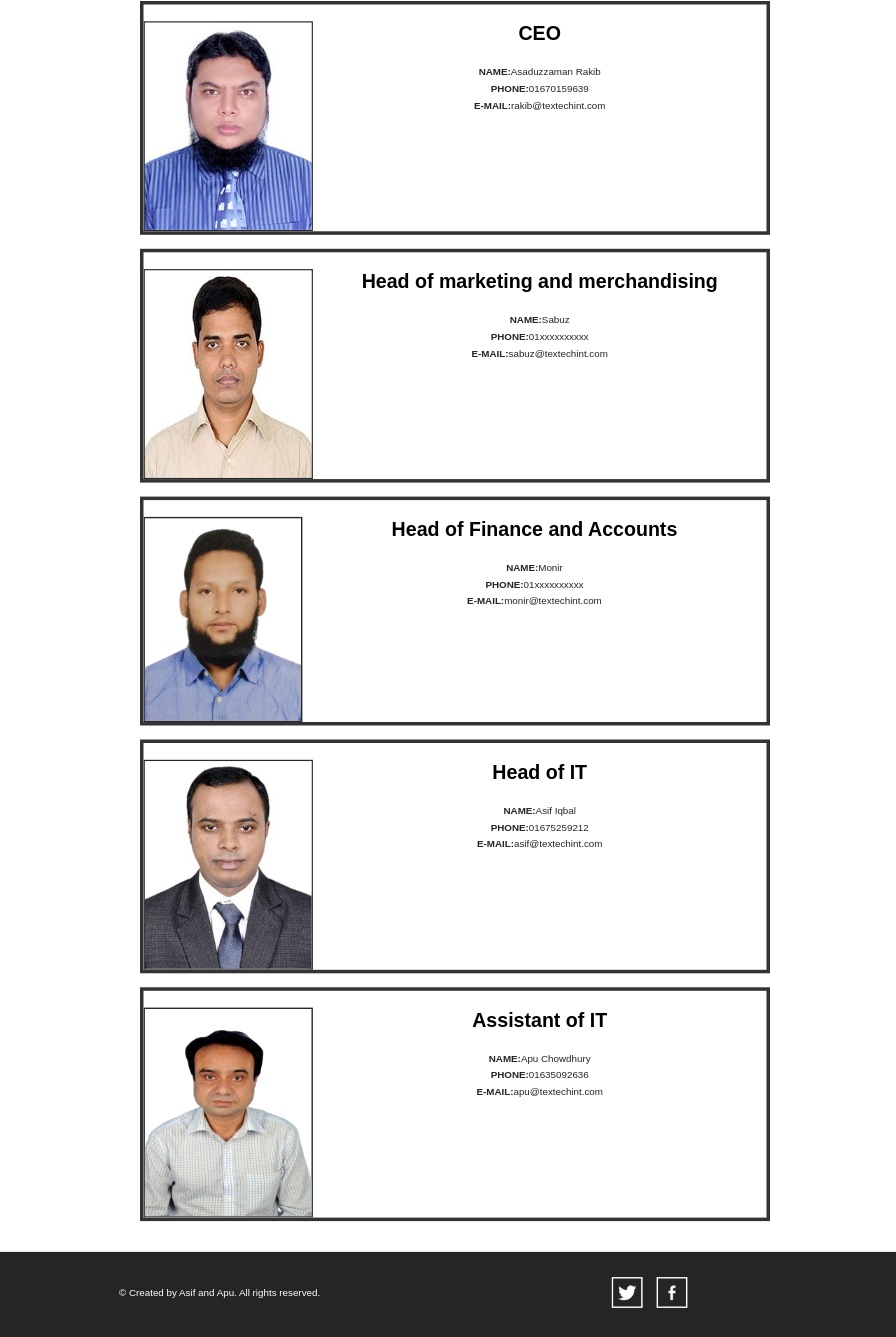
Repository: asifdotpy/textechint
Page: index.html
The author's editor kept a copy of each file at every save. The page is drawn from the files as they stood at one save, then again after a run of saves.
The browser window is 1280 px wide. The pictures show the part of the page from y = 1469 to 3389 px (the page is 3379 px tall before and 3389 px after), at 70% of full size.

Above is the page before, as saved 2021-02-23 01:37:07.

After the next 2 saves:
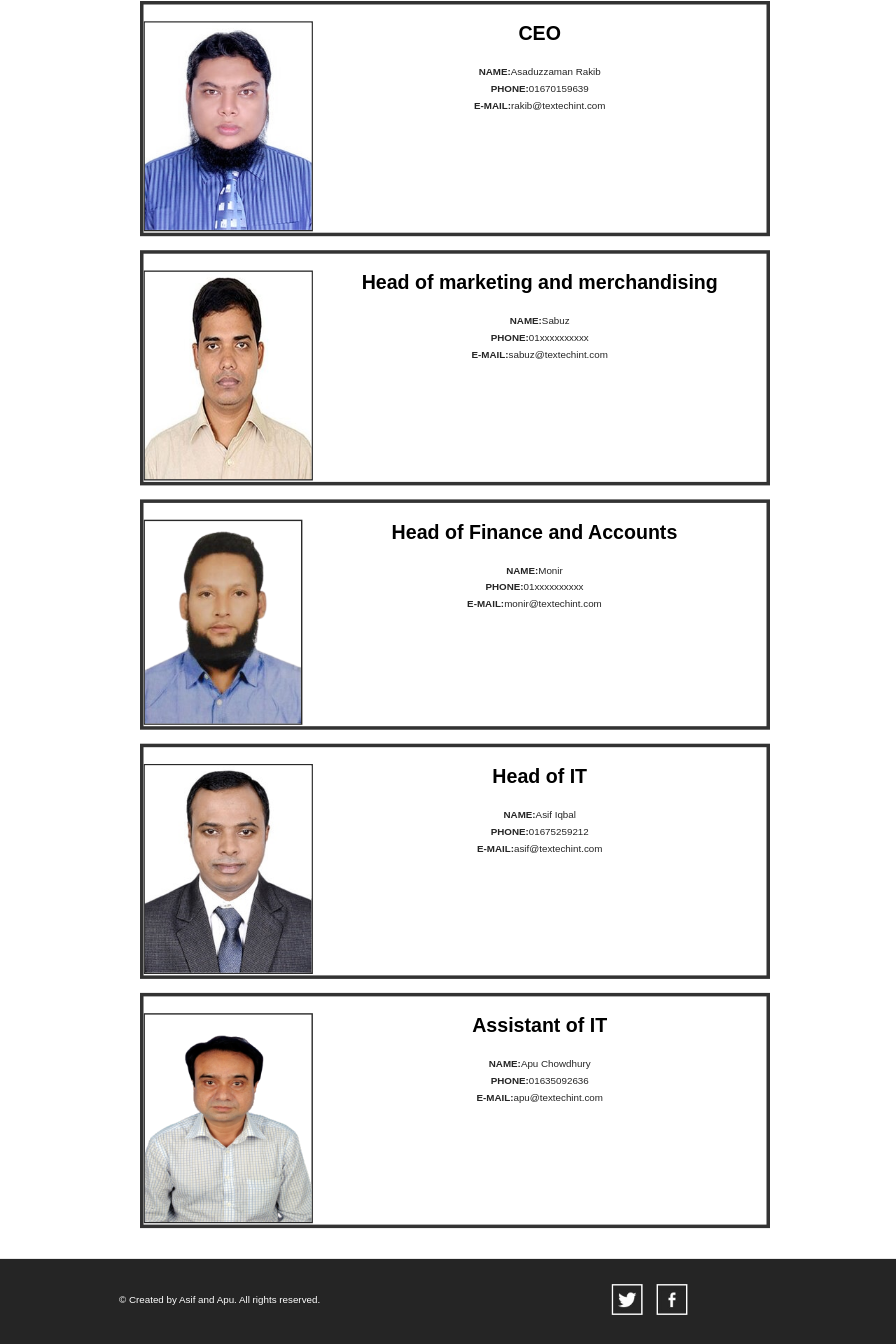
The 2 saves are shown as one change because they came seconds apart.
The last was saved 8 s later.
--- a/css/style.css
+++ b/css/style.css
@@ -427,6 +427,7 @@
 }
 .post-thumb img {
     display: block
+	bor
 }
 .post-content {
     margin-left: 210px

After the 3 saves that followed:
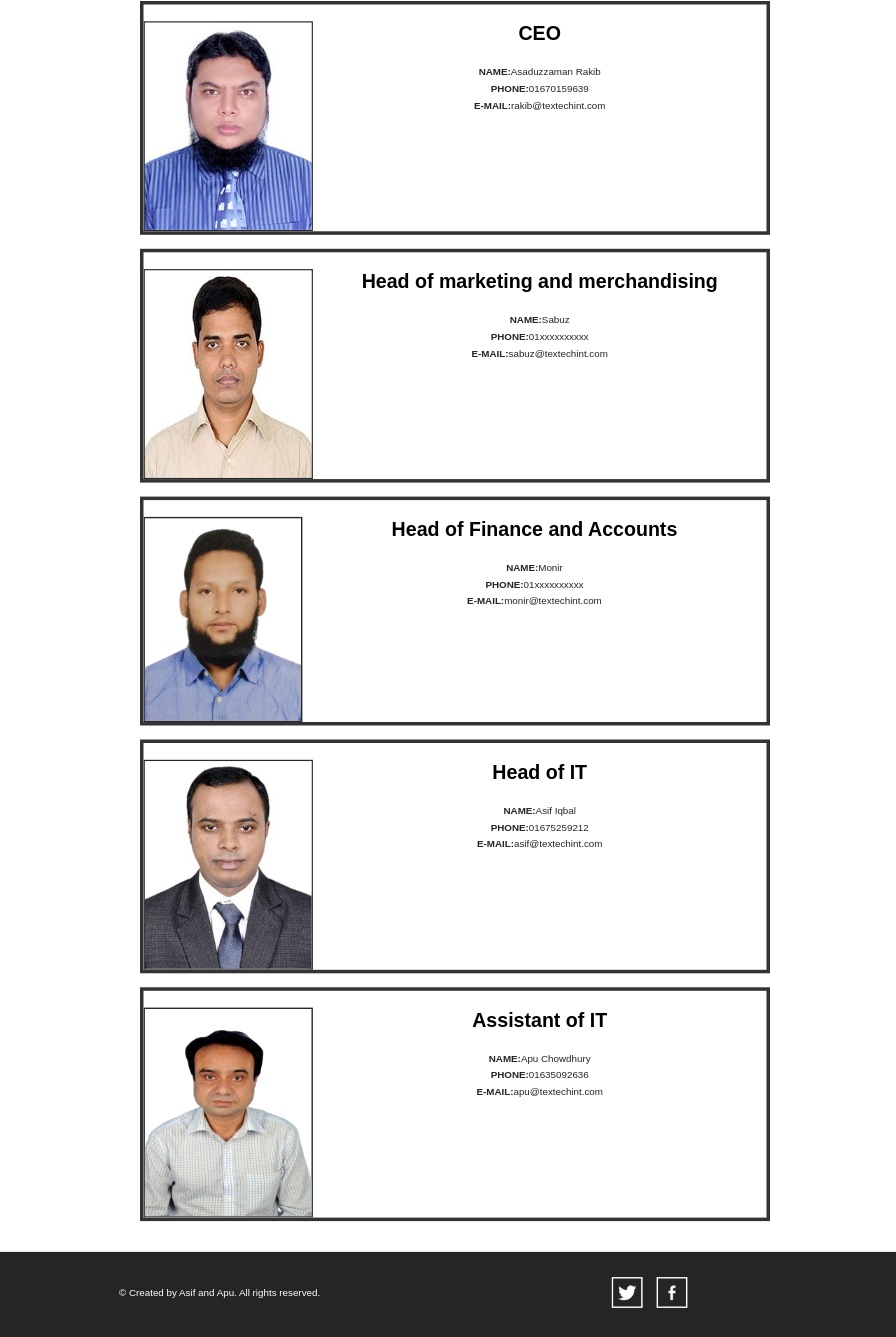
The 3 saves are shown as one change because they came seconds apart.
The last was saved 12 s later.
--- a/css/style.css
+++ b/css/style.css
@@ -426,8 +426,8 @@
 	border: 0 auto;
 }
 .post-thumb img {
-    display: block
-	bor
+    display: block;
+	border: 0 auto;
 }
 .post-content {
     margin-left: 210px
